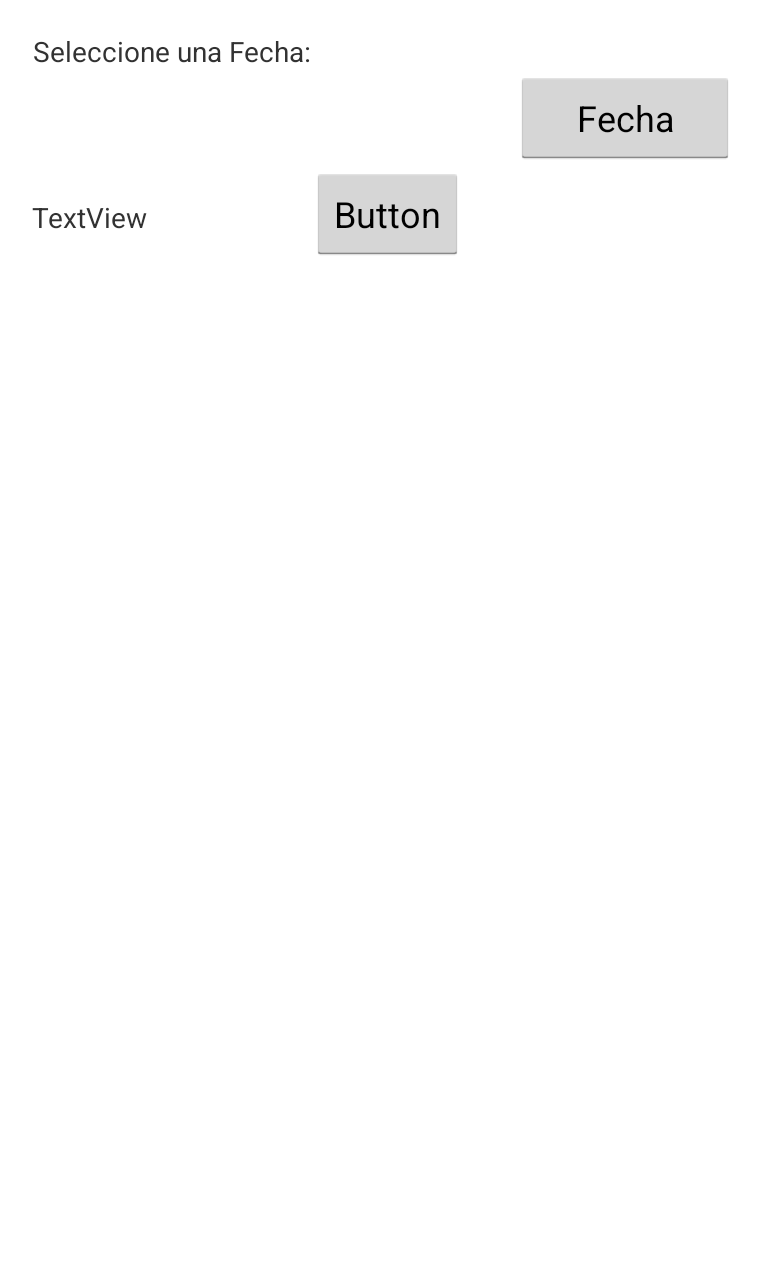
Repository: G3rcar/Android-I
Layout: Clase09DatePicker/res/layout/activity_main.xml
An editor plug-in stored every save of this project. The layout is shown before and after the next save, followed by the edit.
It is drawn on a 768 x 1280 px phone screen (xhdpi) without system bars, with theme AppTheme; the app's code is not run.

Above is the layout before, as saved 2013-11-06 13:50:35.

### Clase09DatePicker/res/layout/activity_main.xml
<TableLayout xmlns:android="http://schemas.android.com/apk/res/android"
    xmlns:tools="http://schemas.android.com/tools"
    android:id="@+id/TableLayout1"
    android:layout_width="match_parent"
    android:layout_height="match_parent"
    android:paddingBottom="@dimen/activity_vertical_margin"
    android:paddingLeft="@dimen/activity_horizontal_margin"
    android:paddingRight="@dimen/activity_horizontal_margin"
    android:paddingTop="@dimen/activity_vertical_margin"
    tools:context=".MainActivity" >

    <TableRow
        android:id="@+id/tableRow1"
        android:layout_width="match_parent"
        android:layout_height="wrap_content" >

        <TextView
            android:id="@+id/textView1"
            android:layout_width="match_parent"
            android:layout_height="wrap_content"
            android:gravity="center"
            android:text="@string/lblselecdate" />

    </TableRow>

    <TableRow
        android:id="@+id/tableRow2"
        android:layout_width="wrap_content"
        android:layout_height="wrap_content" >

        <TextView
            android:id="@+id/txtDate"
            android:layout_width="0dp"
            android:layout_weight="2"
            android:layout_marginLeft="20dp"
            android:layout_height="wrap_content" />

        <Button
            android:id="@+id/btnDate"
            android:layout_width="0dp"
            android:layout_height="wrap_content"
            android:layout_weight="1"
            android:text="@string/btnDate" />

    </TableRow>

    <TableRow
        android:id="@+id/tableRow3"
        android:layout_width="wrap_content"
        android:layout_height="wrap_content" >

        <TextView
            android:id="@+id/txtTime"
            android:layout_width="0dp"
            android:layout_height="wrap_content"
            android:text="TextView" />

        <Button
            android:id="@+id/button2"
            android:layout_width="wrap_content"
            android:layout_height="wrap_content"
            android:text="Button" />

    </TableRow>

</TableLayout>

### Clase09DatePicker/res/values/strings.xml
<?xml version="1.0" encoding="utf-8"?>
<resources>

    <string name="app_name">Clase09</string>
    <string name="action_settings">Settings</string>
    <string name="hello_world">Hello world!</string>
    <string name="btnDate">Fecha</string>
    <string name="btnTime">Tiempo</string>
    <string name="lblselecdate">Seleccione una Fecha:</string>

</resources>

Loaded but not shown: Clase09DatePicker/res/values/styles.xml (common file); Clase09DatePicker/res/values-v11/styles.xml (common file); Clase09DatePicker/res/values-v14/styles.xml (common file); Clase09DatePicker/res/values/dimens.xml (common file)

After the next save:
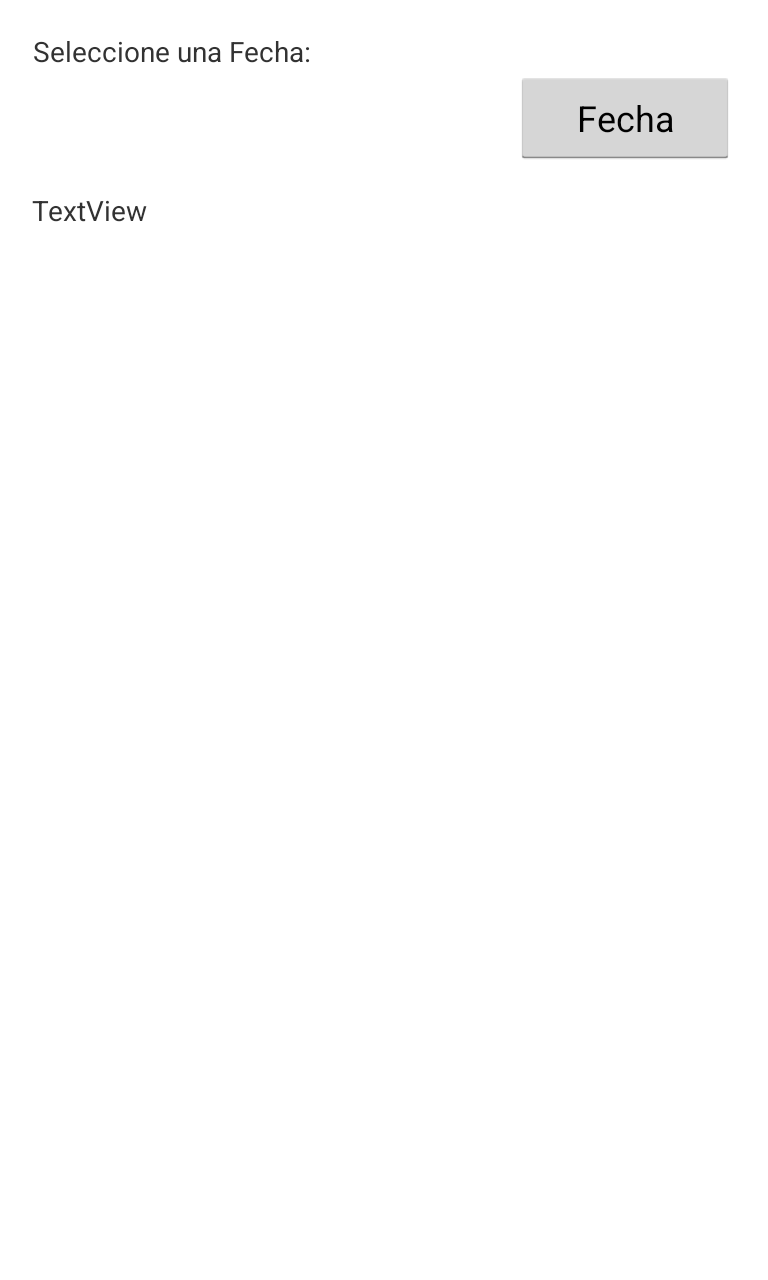
Saved 4 s later.
--- a/Clase09DatePicker/res/layout/activity_main.xml
+++ b/Clase09DatePicker/res/layout/activity_main.xml
@@ -57,7 +57,7 @@
 
         <Button
             android:id="@+id/button2"
-            android:layout_width="wrap_content"
+            android:layout_width="0dp"
             android:layout_height="wrap_content"
             android:text="Button" />
 
